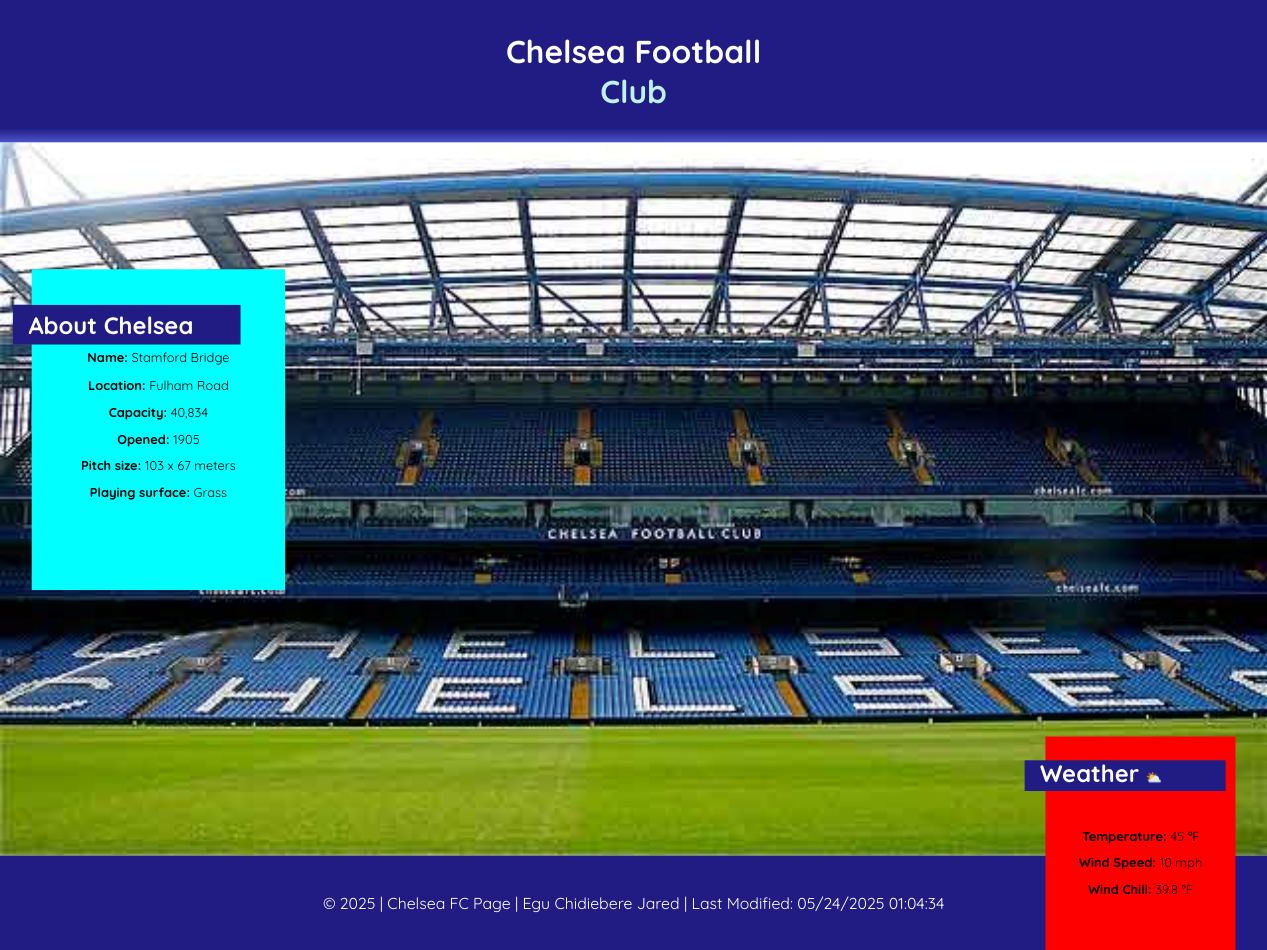
Repository: EguJaredoBoyd/wdd131
Page: place.html
These files come from the project's save history. The page is drawn as it stood at one moment and after the next save; the edit follows.
The browser window is 1280 px wide. The pictures show the whole page, at 99% of full size.
Some web libraries are served in a nearby version.

Above is the page before, as saved 2025-05-26 21:12:54.

After the next save:
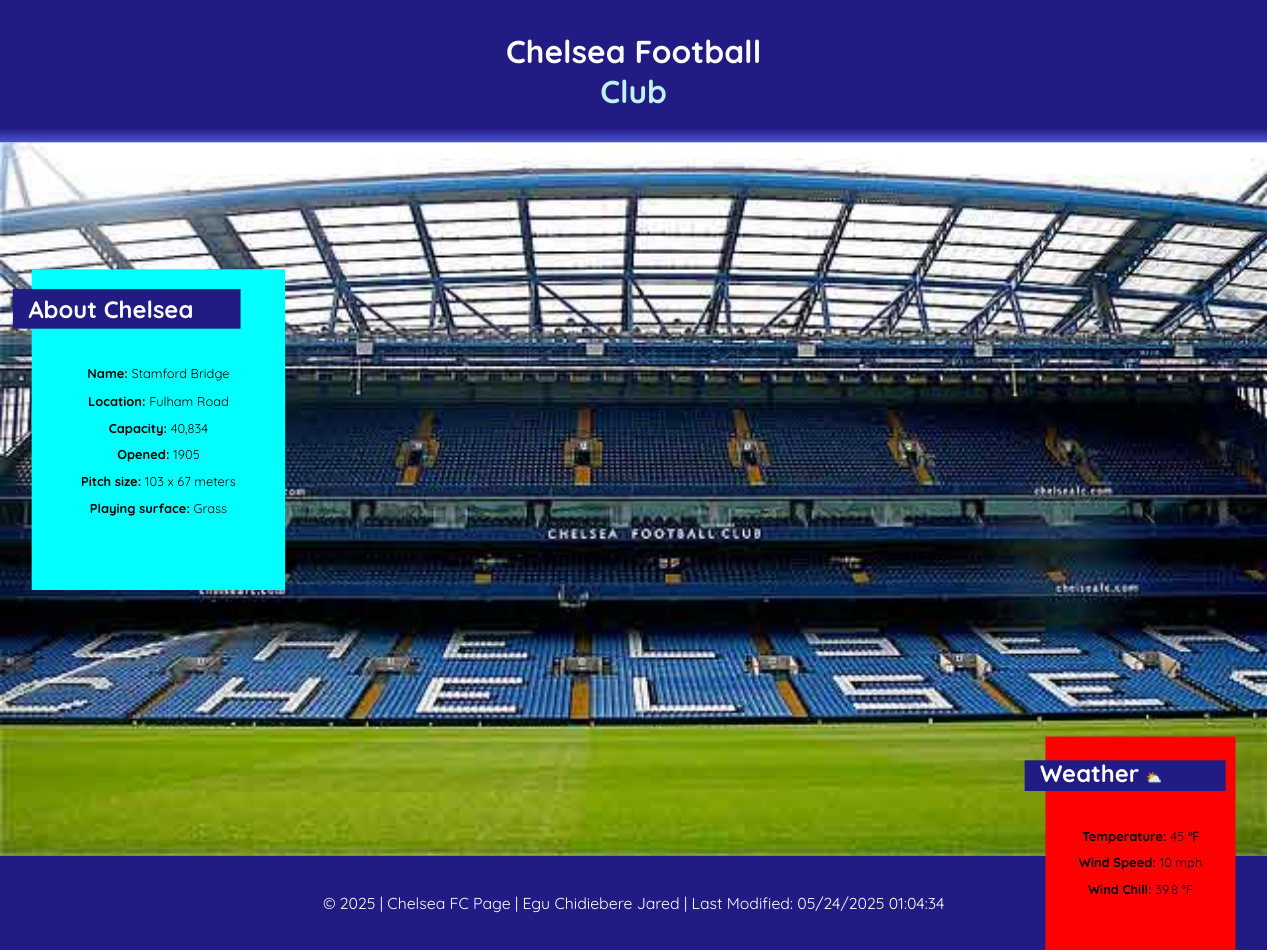
Saved 2 min 16 s later.
--- a/styles/place-large.css
+++ b/styles/place-large.css
@@ -16,7 +16,7 @@
 
     }
     .info h2{
-        margin-bottom: 0;
+        margin-bottom: 2rem;
         margin-top: -3rem;
         background-color: var(--primary-color);
         color: white;
